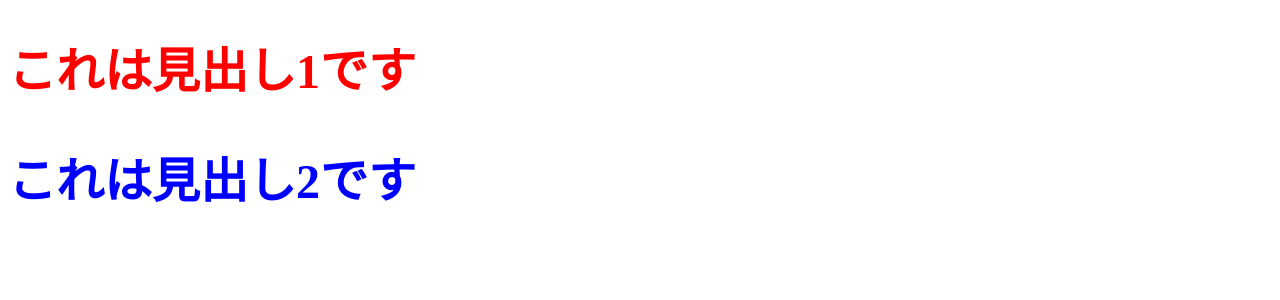
Repository: KustomApe/BlackRabbitTV
Page: 001_HTML/index.html
The author's editor kept a copy of each file at every save. The page is drawn from the files as they stood at one save, then again after the next save.
The browser window is 1280 px wide. The pictures show the whole page.

Above is the page before, as saved 2023-11-13 12:09:13.

After the next save:
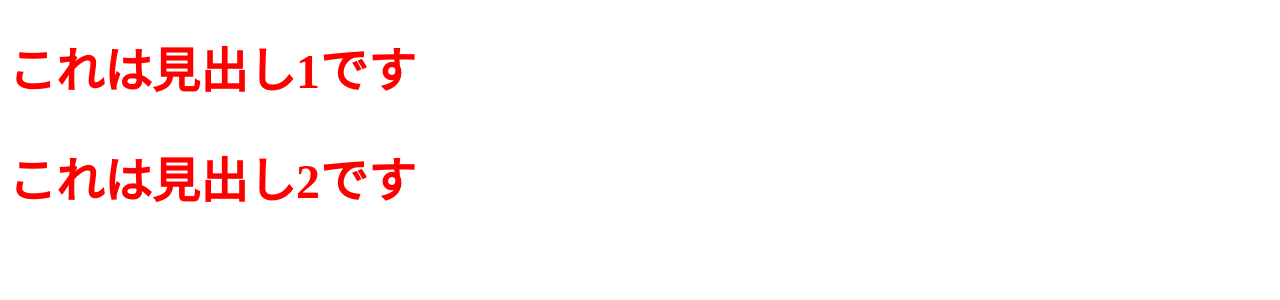
Saved 17 s later.
--- a/001_HTML/style.css
+++ b/001_HTML/style.css
@@ -7,5 +7,5 @@ h1 {
 
 h2 {
     font-size: 3rem;
-    color: blue;
+    color: red;
 }
